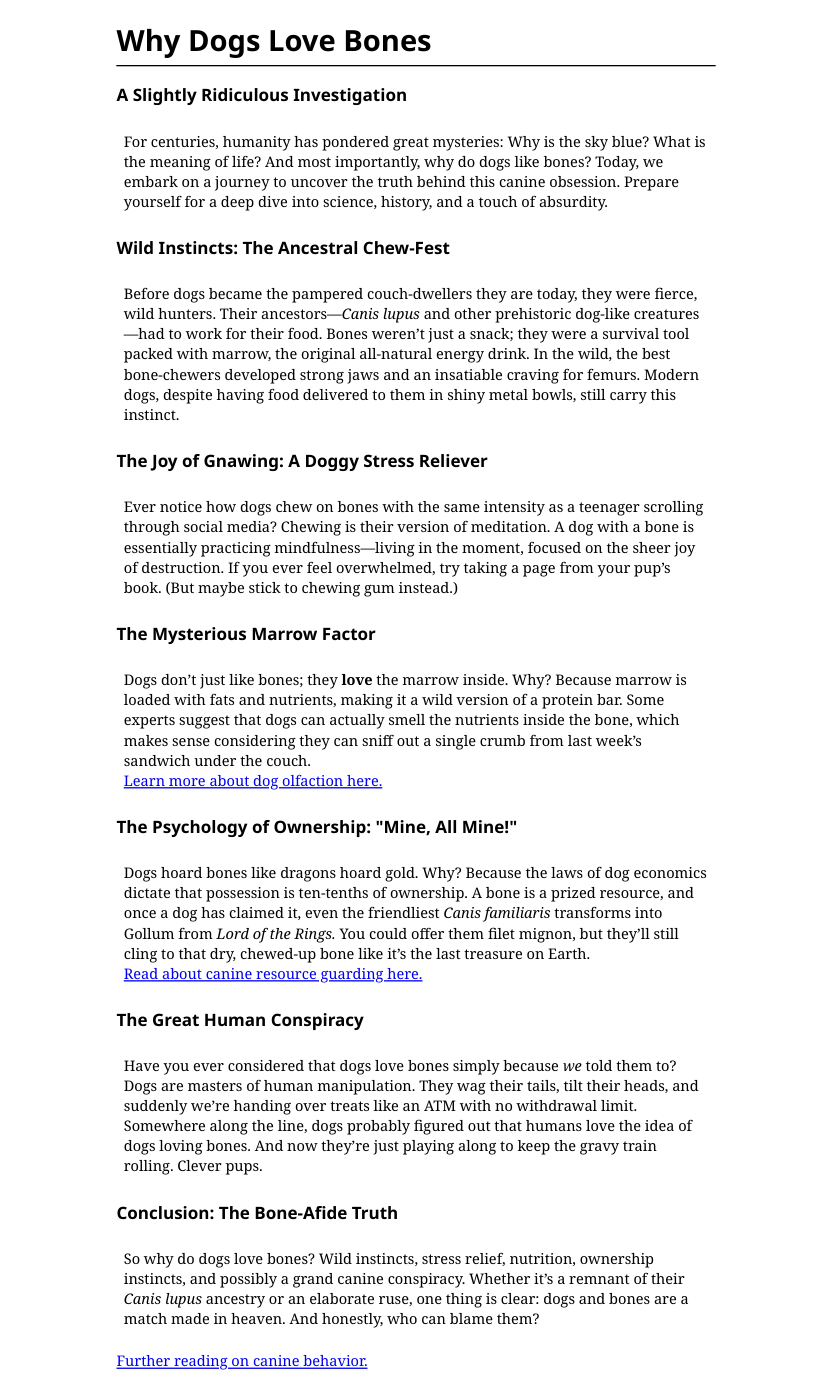
Repository: Leith-vdl/apprentice-challenge-1
Page: index.html
The author's editor kept a copy of each file at every save. The page is drawn from the files as they stood at one save, then again after the next save.
The browser window is 1280 px wide. The pictures show the whole page, at 65% of full size.

Above is the page before, as saved 2025-01-31 15:26:52.

After the next save:
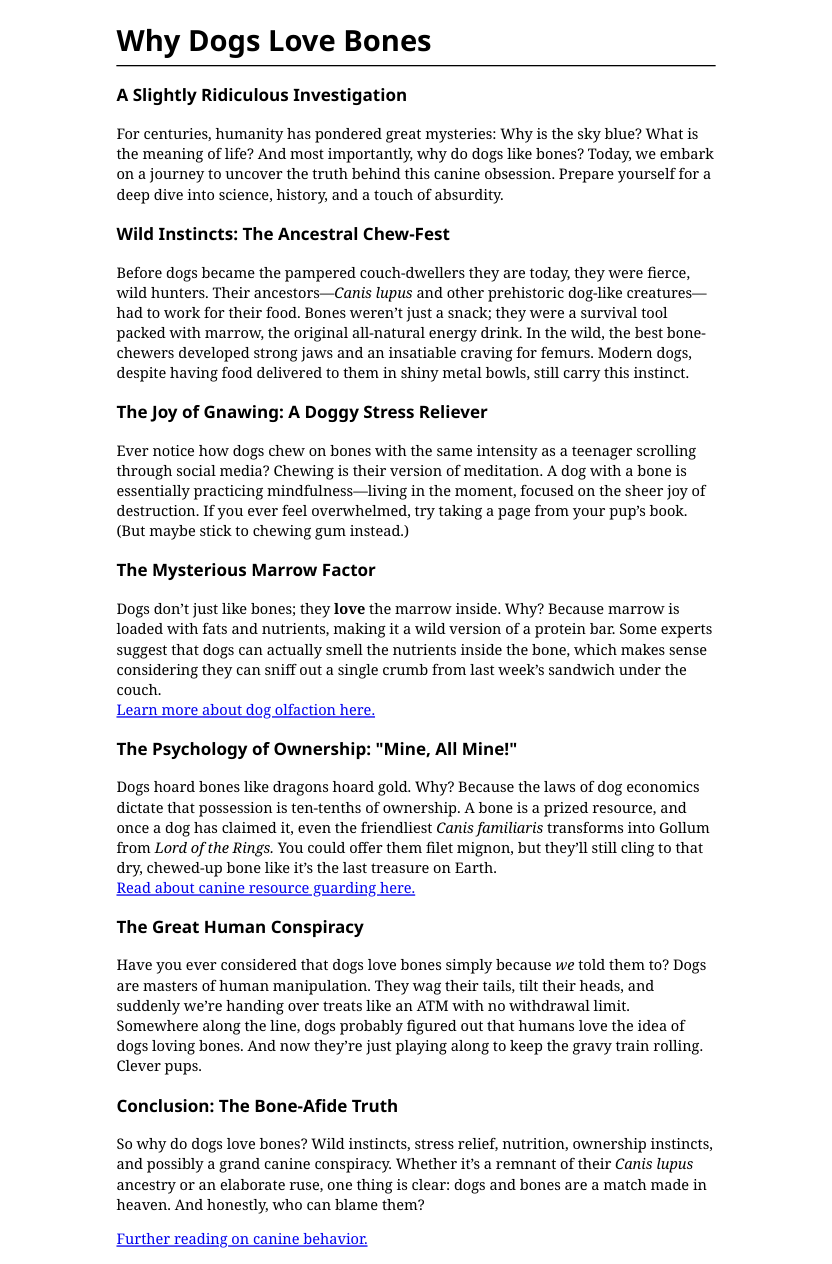
Saved 9 s later.
--- a/styles/styles.css
+++ b/styles/styles.css
@@ -17,5 +17,5 @@ h1.page-header-title, h3.section-title {
 }
 
 p.section-main-text {
-    padding: 0.5em;
+    margin: 0em;
 }
